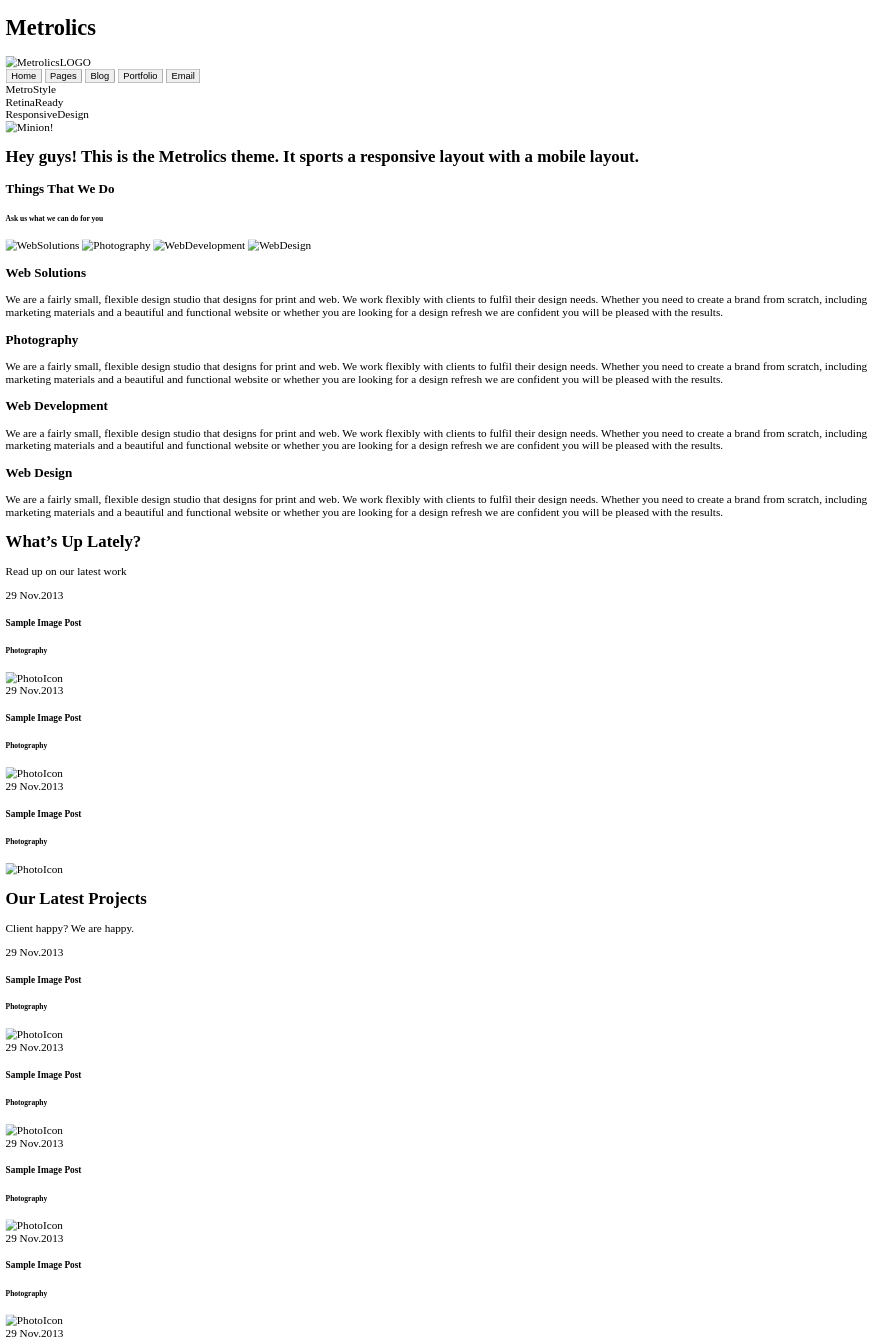
Repository: NelsonLiz/LAB_03---Project_1
Page: index.html
An editor plug-in stored every save of this project. The page is shown before and after the next save, followed by the edit.
The browser window is 1280 px wide. The pictures show the part of the page from y = 0 to 1920 px (the page is 3155 px tall before and 3083 px after), at 70% of full size.

Above is the page before, as saved 2022-01-25 10:49:03.

### index.html
<!DOCTYPE html>
<html lang="en">
<head>
    <meta charset="UTF-8">
    <meta http-equiv="X-UA-Compatible" content="IE=edge">
    <meta name="viewport" content="width=device-width, initial-scale=1.0">
    <title>Metrolics</title>
</head>
<body>
    <div id="NavigationBar">
        <h1>Metrolics</h1>
        <img src="" alt="MetrolicsLOGO">
        <div class="buttons">
            <button id="Home">Home</button>
            <button id="Pages">Pages</button>
            <button id="Blog">Blog</button>
            <button id="Portfolio">Portfolio</button>
            <button id="Email">Email</button>
        </div>
    </div>
    <div id="slider">
        <div>MetroStyle</div>
        <div>RetinaReady</div>
        <div>ResponsiveDesign</div>
        <div id="left"></div>
        <div id="right"></div>
        <img src="" alt="Minion!">
    </div>
    <div id="Main">
        <div>
            <h2>Hey guys! This is the Metrolics theme.
It sports a responsive layout with a mobile layout.</h2>
        </div>
        <div id="services">
            <h3>Things That We Do</h3>
            <h6>Ask us what we can do for you</h6>
            <img src="" alt="WebSolutions">
            <img src="" alt="Photography">
            <img src="" alt="WebDevelopment">
            <img src="" alt="WebDesign">
            <h3>Web Solutions</h3>
                <p>We are a fairly small, flexible design studio that designs for print and web. We work flexibly with clients to fulfil their design needs. Whether you need to create a brand from scratch, including marketing materials and a beautiful and functional website or whether you are looking for a design refresh we are confident you will be pleased with the results.</p>
            <h3>Photography</h3>
                <p>We are a fairly small, flexible design studio that designs for print and web. We work flexibly with clients to fulfil their design needs. Whether you need to create a brand from scratch, including marketing materials and a beautiful and functional website or whether you are looking for a design refresh we are confident you will be pleased with the results.</p>
            <h3>Web Development</h3>
                <p>We are a fairly small, flexible design studio that designs for print and web. We work flexibly with clients to fulfil their design needs. Whether you need to create a brand from scratch, including marketing materials and a beautiful and functional website or whether you are looking for a design refresh we are confident you will be pleased with the results.</p>
            <h3>Web Design</h3>
                <p>We are a fairly small, flexible design studio that designs for print and web. We work flexibly with clients to fulfil their design needs. Whether you need to create a brand from scratch, including marketing materials and a beautiful and functional website or whether you are looking for a design refresh we are confident you will be pleased with the results.</p>
        </div>
        <div id="blog">
            <h2>What’s Up Lately?</h2>
            <p>Read up on our latest work</p>
            <span class="blog1">
                <div id="data">29 Nov.2013</div>
                <div>
                    <h5>Sample Image Post</h5>
                    <h6>Photography</h6>
                    <img src="" alt="PhotoIcon">
                </div>
            </span>
            <span class="blog2">
                <div id="data">29 Nov.2013</div>
                <div>
                    <h5>Sample Image Post</h5>
                    <h6>Photography</h6>
                    <img src="" alt="PhotoIcon">
                </div>
            </span>
            <span class="blog3">
                <div id="data">29 Nov.2013</div>
                <div>
                    <h5>Sample Image Post</h5>
                    <h6>Photography</h6>
                    <img src="" alt="PhotoIcon">
                </div>
            </span>
            <div id="line"></div>
            <div id="line2"></div>
        </div>
        <div id="LatestProjects">
            <h2>Our Latest Projects</h2>
            <p>Client happy? We are happy.</p>
            <div id="Projects">
                <span class="blog4">
                    <div id="data">29 Nov.2013</div>
                    <div>
                        <h5>Sample Image Post</h5>
                        <h6>Photography</h6>
                        <img src="" alt="PhotoIcon">
                    </div>
                </span>
                <span class="blog5">
                    <div id="data">29 Nov.2013</div>
                    <div>
                        <h5>Sample Image Post</h5>
                        <h6>Photography</h6>
                        <img src="" alt="PhotoIcon">
                    </div>
                </span>
                <span class="blog6">
                    <div id="data">29 Nov.2013</div>
                    <div>
                        <h5>Sample Image Post</h5>
                        <h6>Photography</h6>
                        <img src="" alt="PhotoIcon">
                    </div>
                </span>
                <span class="blog7">
                    <div id="data">29 Nov.2013</div>
                    <div>
                        <h5>Sample Image Post</h5>
                        <h6>Photography</h6>
                        <img src="" alt="PhotoIcon">
                    </div>
                </span>
                <span class="blog8">
                    <div id="data">29 Nov.2013</div>
                    <div>
                        <h5>Sample Image Post</h5>
                        <h6>Photography</h6>
                        <img src="" alt="PhotoIcon">
                    </div>
                </span>
                <span class="blog9">
                    <div id="data">29 Nov.2013</div>
                    <div>
                        <h5>Sample Image Post</h5>
                        <h6>Photography</h6>
                        <img src="" alt="PhotoIcon">
                    </div>
                </span>
            </div>
        </div>
        <div id="demo">
            <h2>Thingsofabove</h2>
            <p>Misc stuff we could not put anyplace else</p>
            <img src="" alt="copy">
        </div>
        <div id="clients">
            <img src="" alt="">
            <img src="" alt="">
            <img src="" alt="">
            <img src="" alt="">
            <img src="" alt="">
        </div>
    </div>
    <div id="footer">
        <div id="header">
            <img src="" alt="portrait">
            <h4>Peewee Herman</h4>
            <p>Peewee has over 10 years experience in the industry. He is our Creative Director, digital designer, web designer and front-end developer. He is also pretty good with a sketchbook. Before starting the company Peewee worked as a designer and studio manager for a design house who boasted a number of big name clients.</p>
            <div></div>
            <div></div>
        </div>
        <div id="content">
            <span class="about">
                <h3>About Us</h3>
                <img src="" alt="line">
                <p>Minions ipsum potatoooo potatoooo uuuhhh. Chasy poulet tikka masala jiji wiiiii hahaha po kass tulaliloo potatoooo. Bee do bee do bee do chasy ti aamoo! Po kass daa bee do bee do bee do po kass wiiiii butt chasy. Pepete uuuhhh hahaha gelatooo belloo! Bananaaaa aaaaaah butt potatoooo hana dul sae butt. Hahaha wiiiii ti aamoo! Ti aamoo! Baboiii jeje. Hahaha gelatooo daa me want bananaaa! Underweaaar potatoooo tank yuuu! Aaaaaah potatoooo poopayee. </p>
                <div class="navbar">
                    <a href="#facebook">
                        <img src="" alt="facebook">
                    </a>
                    <a href="#google">
                        <img src="" alt="google">
                    </a>
                    <a href="#twitter">
                        <img src="" alt="twitter">
                    </a>
                    <a href="#ins">
                        <img src="" alt="ins">
                    </a>
                    <a href="#wifi">
                        <img src="" alt="wifi">
                    </a>
                </div>
            </span>
            <span class="flickr">
                <h3>Flickr Photos</h3>
                <img src="" alt="line">
                <div class="Minions">
                    <img src="" alt="Minion1">
                    <img src="" alt="Minion2">
                    <img src="" alt="Minion3">
                    <img src="" alt="Minion4">
                    <img src="" alt="Minion5">
                    <img src="" alt="Minion6">
                </div>
            </span>
            <span class="tweets">
                <h3>Recent Tweets</h3>
                <img src="" alt="line">
                <div class="tweet1">
                    <img src="" alt="icon">
                    <p>@Minions - ipsum potatoooo potatoooo uuuhhh. Chasy poulet tikka masala jiji wiiiii hahaha po kass tulaliloo potatoooo. Bee do bee do bee do chasy ti aamoo! Po kass daa b ee do bee do bee do po kass wiiiii butt chasy. Pepete uuuhhh hahaha gelatooo belloo!    Bananaaaa aaaaaah butt potatoooo hana dul sae butt. Hahaha wiiiii ti aamoo! Ti aamoo! Baboiii jeje. Hahaha gelatooo daa me want bananaaa! Underweaaar potatoooo tank yuuu! Aaaaaah potatoooo poopayee. </p>
                </div>
                <div class="tweet2">
                    <img src="" alt="icon">
                    <p>@Minions - ipsum potatoooo potatoooo uuuhhh. Chasy poulet tikka masala jiji wiiiii hahaha po kass tulaliloo potatoooo. Bee do bee do bee do chasy ti aamoo! Po kass daa b ee do bee do bee do po kass wiiiii butt chasy. Pepete uuuhhh hahaha gelatooo belloo!    Bananaaaa aaaaaah butt potatoooo hana dul sae butt. Hahaha wiiiii ti aamoo! Ti aamoo! Baboiii jeje. Hahaha gelatooo daa me want bananaaa! Underweaaar potatoooo tank yuuu! Aaaaaah potatoooo poopayee. </p>
                </div>
            </span>
            <span class="newsletter">
                <h3>Newsletter</h3>
                <img src="" alt="line">
                <p>Minions ipsum potatoooo potatoooo uuuhhh. Chasy poulet tikka masala jiji wiiiii hahaha po kass tulaliloo potatoooo. Bee do bee do bee do chasy ti aamoo! Po kass daa b ee do bee do bee do po kass wiiiii butt chasy. Pepete uuuhhh hahaha gelatooo belloo!    Bananaaaa aaaaaah butt potatoooo hana dul sae butt. Hahaha wiiiii ti aamoo! Ti aamoo! Baboiii jeje. Hahaha gelatooo daa me want bananaaa! Underweaaar potatoooo tank yuuu! Aaaaaah potatoooo poopayee. </p>
                <div>Enter your Email...</div>
                <div></div>
            </span>
        </div>
        <div id="bg"></div>
    </div>
</body>
</html>

After the next save:
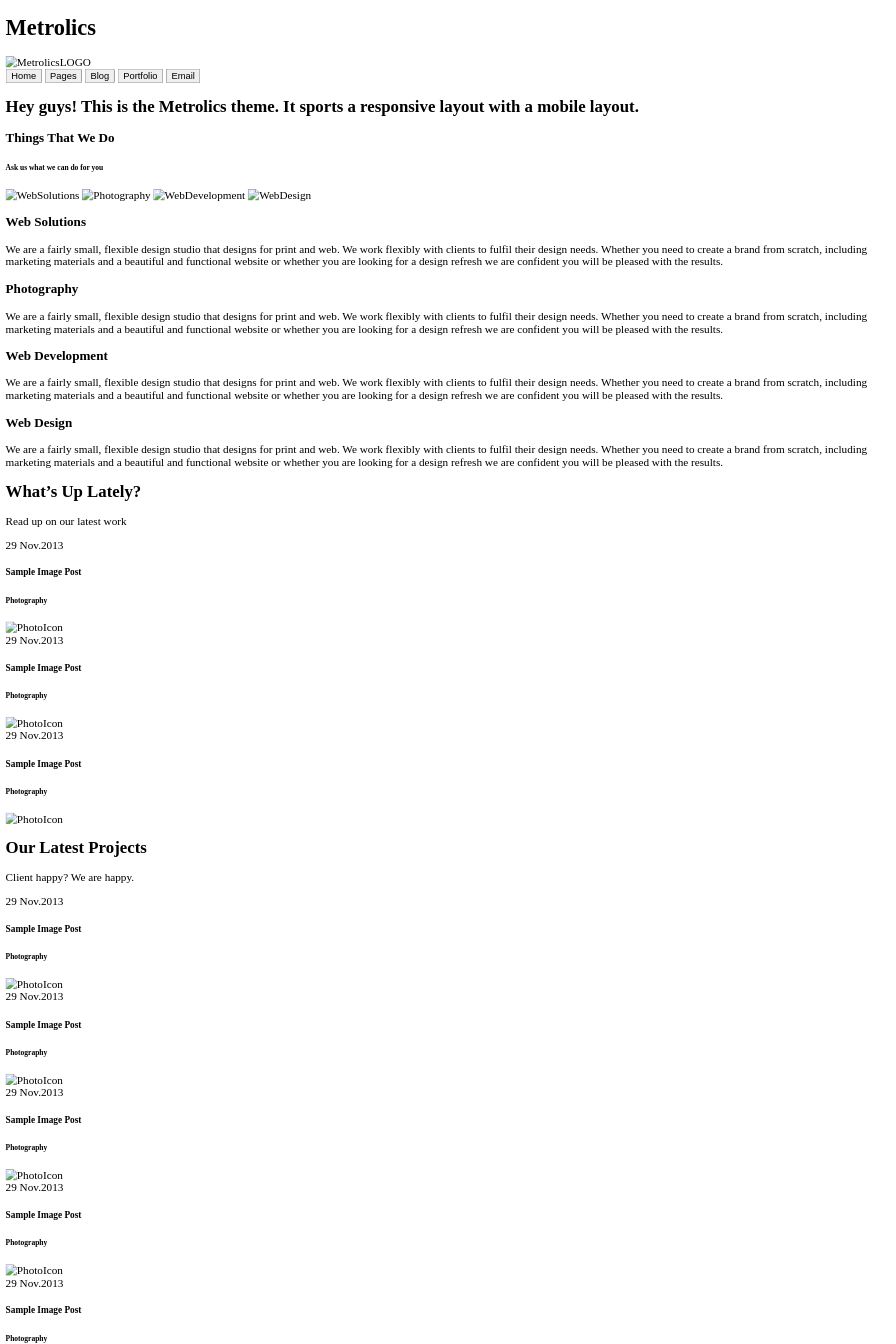
Saved 100 s later.
--- a/index.html
+++ b/index.html
@@ -19,12 +19,7 @@
         </div>
     </div>
     <div id="slider">
-        <div>MetroStyle</div>
-        <div>RetinaReady</div>
-        <div>ResponsiveDesign</div>
-        <div id="left"></div>
-        <div id="right"></div>
-        <img src="" alt="Minion!">
+
     </div>
     <div id="Main">
         <div>
